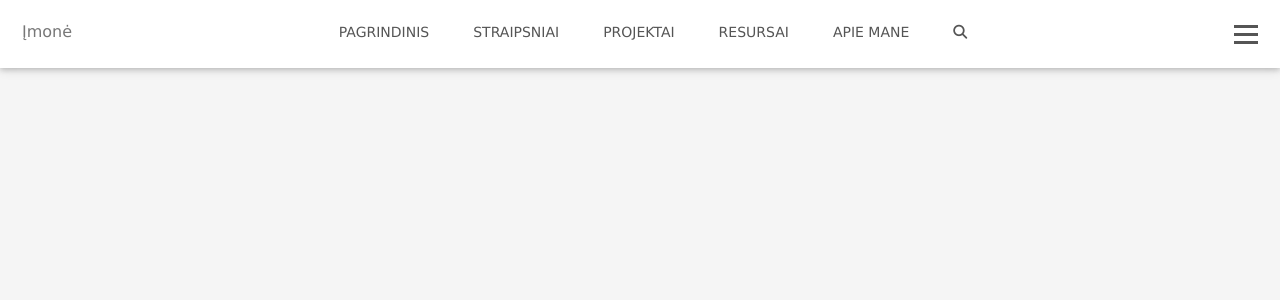
Repository: motiejus1/14-paskaita-05.31
Page: index.html
The author's editor kept a copy of each file at every save. The page is drawn from the files as they stood at one save, then again after a run of saves.
The browser window is 1280 px wide. The pictures show the whole page.
Some web libraries are served in a nearby version.

Above is the page before, as saved 2021-06-23 19:51:08.

### index.html
<!DOCTYPE html>
<html lang="en">
<head>
    <meta charset="UTF-8">
    <meta http-equiv="X-UA-Compatible" content="IE=edge">
    <meta name="viewport" content="width=device-width, initial-scale=1.0">
    <title>14 paskaita</title>

    <link rel="stylesheet" href="http://maxcdn.bootstrapcdn.com/font-awesome/latest/css/font-awesome.min.css">
    <style>
        html {
            font-size: 16px;
        }

        body {
            max-width: 1920px;
            margin: 0 auto;
            font-family: Verdana, Arial, sans-serif;
            line-height: 1.25rem;
            color:#333;
            background-color: #f5f5f5;
        }

        .container {
            width: 100%;
            margin: auto;
        }

        a {
            text-decoration: none;
            transition: all 0.3s ease;
        }

        .area {
            display: flex;
            /* flex-direction:row; */
            /* flex-wrap: wrap; */

            flex-flow: row wrap;
            align-items: stretch;
            justify-content: space-between;
            margin-left: auto;
        }

        .navbar-component {
            background-color: white;
            box-shadow: 0 2px 5px rgba(0,0,0,0.16), 0 2px 10px rgba(0,0,0,0.12);
        }

        .brand {
            display:block;
            font-size: 1rem;
            color: #777;
            margin: 1.375rem;
        }

        .list {
            display:flex;
        }

        .item {
            display: block;
            height: 4rem;
            line-height: 4rem;
            padding-left: 1.375rem;
            padding-right: 1.375rem;
            text-transform: uppercase;
            color: #555;
            font-size: 0.875rem;
        }

        .item.-link {
            border-bottom: 4px solid transparent;
        }

        .item.-link:hover {
            color: #333;
            border-bottom-color: #673ab7 ;
        }

        .icon {
            position:relative;
        }

        .icon, .icon:after, .icon:before {
            display: block;
            width: 1.5rem;
            height: 0.1875rem;
            background-color: #555555;
            transition: background-color 0.3s linear, transform 0.3s linear;

        }

        .icon:after, .icon:before {
            position:absolute;
            content:"";
        }

        .icon:after {
            top: 0.5rem;
        }

        .icon:before {
            top: -0.5rem;
        }

        .toggle {
            /* display: none; */
            border: 0;
            background-color: transparent;
            cursor: pointer;
            padding: 1.375rem;
        }

        .zalia {
            background-color: green ;
        }

        @media screen and (max-width: 720px) {
            .toggle {
                /* display:block; */
            }
        }


    </style>
</head>
<body>
    <div class="container">
        <div class="navbar-component">
            <div class="navbar area">
                <a href="#" class="brand">Įmonė</a>

                <nav id="navigation" class="list">
                    <a href="#" class="item -link">Pagrindinis</a>
                    <a href="#" class="item -link" >Straipsniai</a>
                    <a href="#" class="item -link">Projektai</a>
                    <a href="#"class="item -link">Resursai</a>
                    <a href="#" class="item -link">Apie mane</a>
                    <span class="item">
                        <i class="fa fa-search"></i>
                    </span>
                </nav>

                <button id="hamburger" class="toggle">
                    <span class="icon"></span>
                </button>

            </div>

        </div>
    </div>

</body>
</html>

After the next 2 saves:
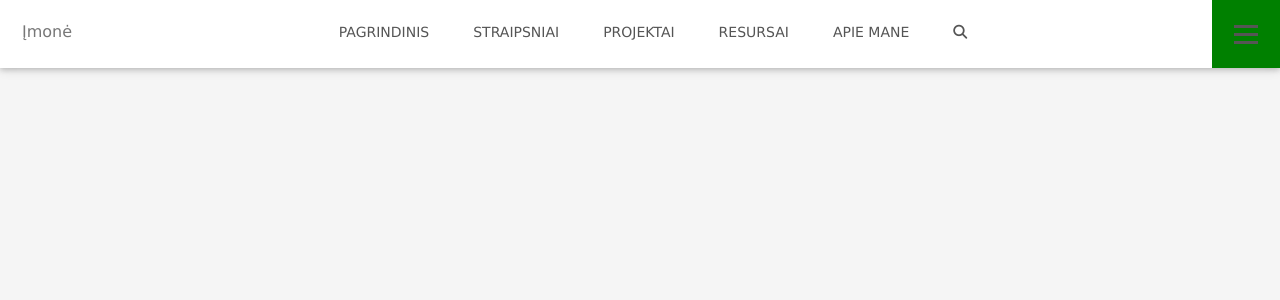
The 2 saves are shown as one change because they came seconds apart.
The last was saved 7 s later.
--- a/index.html
+++ b/index.html
@@ -142,7 +142,7 @@
                     </span>
                 </nav>
 
-                <button id="hamburger" class="toggle">
+                <button id="hamburger" class="toggle zalia">
                     <span class="icon"></span>
                 </button>
 

After the save that followed:
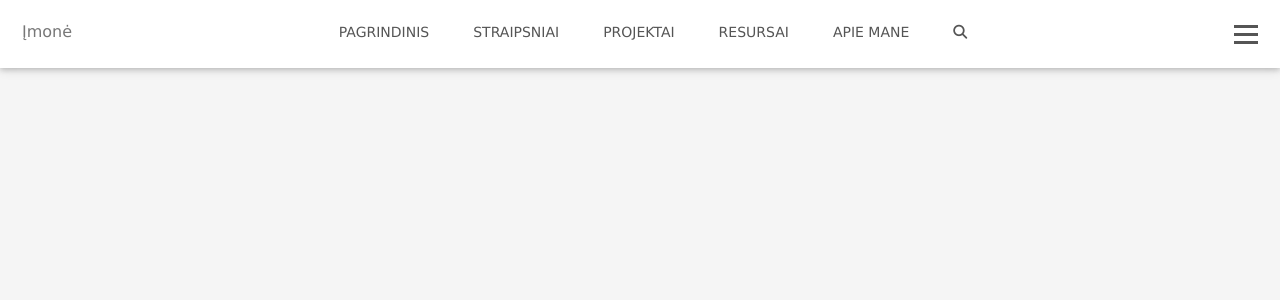
Saved 44 s later.
--- a/index.html
+++ b/index.html
@@ -142,7 +142,7 @@
                     </span>
                 </nav>
 
-                <button id="hamburger" class="toggle zalia">
+                <button id="hamburger" class="toggle active">
                     <span class="icon"></span>
                 </button>
 
